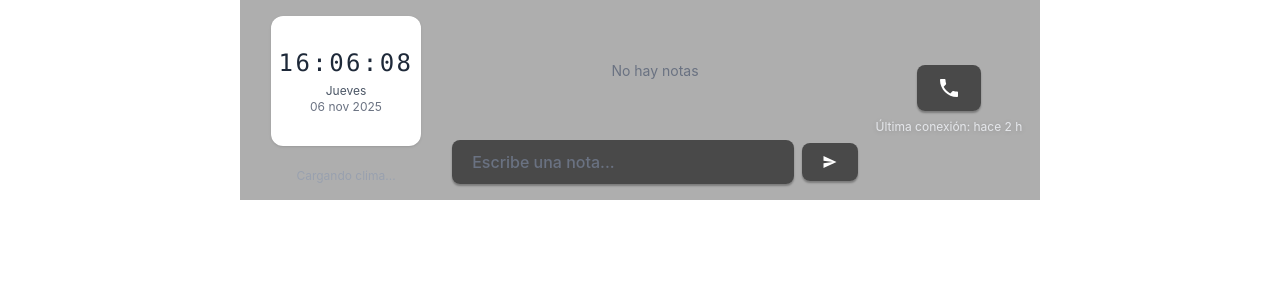
Repository: CodeByEvans/my-romantic-widget
Page: /
An editor plug-in stored every save of this project. The page is shown before and after the next save, followed by the edit.
The browser window is 1280 px wide. The pictures show the whole page.
The page's requests for data from a server got no answer. The project was rebuilt for these pictures with package versions that can differ from the ones it lists, and the page was loaded fresh each time. No one was signed in, and anything a server would have sent is missing. Also part of the build but not shown: vite.config.ts.

Above is the page before, as saved 2025-11-06 16:15:07.

### src/App.tsx
import "./App.css";
import { Clock } from "./components/Clock";
import { WeatherWidget } from "./components/WeatherWidget";
import { NotesList } from "./components/NotesList";
import { NoteInput } from "./components/NoteInput";
import { CallButton } from "./components/CallButton";

function App() {
  return (
    <main data-tauri-drag-region>
      {/* Clima + Reloj */}
      <section className="flex flex-col justify-between items-center h-full w-[180px] gap-2">
        <Clock />
        <WeatherWidget />
      </section>

      {/* Notas + input */}
      <section className="flex flex-col justify-between h-full flex-1">
        <NotesList />
        <NoteInput />
      </section>

      {/* Llamada */}
      <section className="flex flex-col justify-center items-center h-full w-[150px]">
        <CallButton />
        <p className="text-xs text-gray-200 mt-2 drop-shadow-sm">
          Última conexión: hace 2 h
        </p>
      </section>
    </main>
  );
}

export default App;

### src/App.css
@import "tailwindcss";

/* ======== CONFIGURACIÓN BASE ======== */
:root {
  font-family: Inter, Avenir, Helvetica, Arial, sans-serif;
  font-size: 16px;
  line-height: 24px;
  font-weight: 400;
  color: #f6f6f6;
  font-synthesis: none;
  text-rendering: optimizeLegibility;
  -webkit-font-smoothing: antialiased;
  -moz-osx-font-smoothing: grayscale;
  -webkit-text-size-adjust: 100%;
}

/* ======== ESTILO GLOBAL DE LA APP ======== */
main {
  position: relative;
  width: 800px;
  height: 200px;
  margin: 0 auto;
  display: flex;
  align-items: center;
  justify-content: space-between;
  gap: 1rem;
  padding: 1rem;

  /* Fondo cristal oscuro */
  background: rgba(54, 54, 54, 0.4);
  backdrop-filter: blur(18px) saturate(160%);
  -webkit-app-region: drag; /* Permitir mover la ventana */
}

/* ======== ELEMENTOS ======== */
input,
button {
  border-radius: 8px;
  border: 1px solid transparent;
  padding: 0.6em 1.2em;
  font-size: 1em;
  font-weight: 500;
  font-family: inherit;
  color: #fff;
  background-color: rgba(30, 30, 30, 0.7);
  transition: border-color 0.25s, background-color 0.25s;
  box-shadow: 0 2px 2px rgba(0, 0, 0, 0.3);
  -webkit-app-region: no-drag;
}

button:hover {
  border-color: #396cd8;
}

button:active {
  background-color: rgba(40, 40, 40, 0.7);
}

/* Enlaces */
a {
  font-weight: 500;
  color: #61dafb;
  text-decoration: inherit;
}

a:hover {
  color: #24c8db;
}

/* Otros elementos */
h1 {
  text-align: center;
}

### src/components/Clock.tsx
import { useEffect, useState } from "react";

export const Clock = () => {
  const [time, setTime] = useState(new Date());

  useEffect(() => {
    const interval = setInterval(() => {
      setTime(new Date());
    }, 1000);
    return () => clearInterval(interval);
  }, []);

  const hours = time.getHours().toString().padStart(2, "0");
  const minutes = time.getMinutes().toString().padStart(2, "0");
  const seconds = time.getSeconds().toString().padStart(2, "0");

  const day = time.toLocaleDateString("es-ES", { weekday: "long" });
  const date = time.toLocaleDateString("es-ES", {
    day: "2-digit",
    month: "short",
    year: "numeric",
  });

  return (
    <div className="bg-white rounded-xl shadow-sm px-3 py-2 flex flex-col items-center justify-center w-[150px] h-[130px] backdrop-blur-sm">
      <p className="text-2xl font-mono tracking-widest text-gray-800">
        {hours}:{minutes}:{seconds}
      </p>
      <p className="text-xs text-gray-600 mt-1 capitalize">{day}</p>
      <p className="text-xs text-gray-500">{date}</p>
    </div>
  );
};

### src/components/WeatherWidget.tsx
import { JSX } from "react";
import { useWeather } from "../hooks/useWeather";
import {
  WiDaySunny,
  WiCloud,
  WiRain,
  WiSnow,
  WiThunderstorm,
  WiFog,
  WiDayHaze,
} from "react-icons/wi";

const weatherStyles: Record<string, { gradient: string; icon: JSX.Element }> = {
  Thunderstorm: {
    gradient: "from-indigo-800 via-purple-700 to-indigo-900 text-white",
    icon: <WiThunderstorm size={28} />,
  },
  Drizzle: {
    gradient: "from-sky-400 via-sky-500 to-blue-600 text-white",
    icon: <WiRain size={28} />,
  },
  Rain: {
    gradient: "from-blue-500 via-indigo-500 to-blue-700 text-white",
    icon: <WiRain size={28} />,
  },
  Snow: {
    gradient: "from-cyan-100 via-blue-100 to-blue-300 text-gray-700",
    icon: <WiSnow size={28} />,
  },
  Mist: {
    gradient: "from-gray-200 via-gray-300 to-gray-400 text-gray-800",
    icon: <WiFog size={28} />,
  },
  Haze: {
    gradient: "from-amber-200 via-amber-300 to-amber-400 text-gray-800",
    icon: <WiDayHaze size={28} />,
  },
  Clear: {
    gradient: "from-yellow-200 via-orange-300 to-pink-400 text-gray-900",
    icon: <WiDaySunny size={28} />,
  },
  Clouds: {
    gradient: "from-gray-300 via-gray-400 to-gray-600 text-gray-900",
    icon: <WiCloud size={28} />,
  },
  Fog: {
    gradient: "from-gray-300 via-gray-400 to-gray-500 text-gray-900",
    icon: <WiFog size={28} />,
  },
};

export const WeatherWidget = () => {
  const { data, loading, errorWeather } = useWeather();

  if (errorWeather)
    return <div className="text-xs text-red-400">{errorWeather}</div>;
  if (loading || !data)
    return <div className="text-xs text-gray-400">Cargando clima...</div>;

  const [city, info] = Object.entries(data)[0] || [];
  const temp = Math.round(info.main.temp);
  const condition = info.weather[0].main;

  const style = weatherStyles[condition] || weatherStyles["Clouds"];

  return (
    <div
      className={`relative flex flex-col items-center justify-center rounded-2xl
                  bg-gradient-to-br ${style.gradient} w-[150px] h-[100px]
                  backdrop-blur-md bg-opacity-70 shadow-[0_2px_10px_rgba(0,0,0,0.3)]
                  border border-white/20 overflow-hidden transition-all duration-500`}
    >
      {/* sutil capa de brillo animado */}
      <div className="absolute inset-0 bg-white/10 opacity-0 hover:opacity-20 transition-opacity duration-500" />

      {/* borde de reflejo superior */}
      <div className="absolute top-0 left-0 right-0 h-[1px] bg-white/40" />

      {/* contenido */}
      <div className="flex items-center gap-2">
        <div className="animate-pulse-slow">{style.icon}</div>
        <div className="flex flex-col items-start leading-tight">
          <h2 className="text-xs font-semibold tracking-wide drop-shadow-sm">
            {city}
          </h2>
          <p className="text-lg font-bold drop-shadow-sm">{temp}°C</p>
        </div>
      </div>
    </div>
  );
};

### src/components/NotesList.tsx
import { useRealTimeNotes } from "../hooks/useRealTimeNotes";

export const NotesList = () => {
  const notes = useRealTimeNotes();

  const sortedNotes = [...notes].sort(
    (a, b) =>
      new Date(b.created_at).getTime() - new Date(a.created_at).getTime()
  );

  const noteToShow = sortedNotes[0];
  if (!noteToShow)
    return (
      <div className="flex items-center justify-center h-[110px] text-gray-500 text-sm">
        No hay notas
      </div>
    );

  return (
    <div className="bg-white rounded-xl backdrop-blur-sm shadow-inner p-3 h-[110px] overflow-hidden">
      <div className="flex justify-between items-center mb-1">
        <h3 className="font-semibold text-sm text-gray-700">
          {noteToShow.from}
        </h3>
        <small className="text-xs text-gray-400">
          {new Date(noteToShow.created_at).toLocaleString()}
        </small>
      </div>
      <p className="text-gray-700 text-sm italic line-clamp-3">
        {noteToShow.message}
      </p>
    </div>
  );
};

### src/components/NoteInput.tsx
import { IoMdSend } from "react-icons/io";

export const NoteInput = () => {
  return (
    <form className="flex items-center gap-2 mt-2">
      <input
        type="text"
        placeholder="Escribe una nota..."
        className="flex-1 text-sm px-3 py-2 rounded-lg bg-white text-gray-800 placeholder-gray-500 focus:outline-none focus:ring-2 focus:ring-blue-300 transition-all"
      />
      <button
        type="submit"
        className="p-2 bg-blue-500 rounded-full text-white hover:bg-blue-600 transition-colors"
      >
        <IoMdSend size={16} />
      </button>
    </form>
  );
};

### src/components/CallButton.tsx
import { IoMdCall } from "react-icons/io";

export const CallButton = () => {
  return (
    <div className="flex flex-col items-center justify-center">
      <button className="p-4 bg-green-500 text-white rounded-full shadow-md hover:bg-green-600 hover:scale-105 transition-transform">
        <IoMdCall size={24} />
      </button>
    </div>
  );
};

### src/hooks/useWeather.ts
import { useEffect, useState } from "react";
import {
  getCityByCoordinates,
  getWeatherByCity,
} from "../services/weatherService";
import { WeatherData } from "../types/weather";
import { useGeolocation } from "./useGeolocation";

export const useWeather = () => {
  const { coords, error } = useGeolocation();
  const [data, setData] = useState<Record<string, WeatherData> | null>(null);
  const [loading, setLoading] = useState<boolean>(false);
  const [errorWeather, setErrorWeather] = useState<string | null>(null);

  useEffect(() => {
    if (error) setErrorWeather(error);
  }, [error]);

  useEffect(() => {
    if (!coords) return;

    const fetchWeather = async () => {
      setLoading(true);
      try {
        const city = await getCityByCoordinates(
          coords.latitude,
          coords.longitude
        );
        const weather = await getWeatherByCity(city[0].name);
        setData({ [city[0].name]: weather });
      } catch (error) {
        console.error(error);
      } finally {
        setLoading(false);
      }
    };

    fetchWeather();
  }, [coords]);

  return { data, loading, errorWeather };
};

### src/hooks/useRealTimeNotes.ts
import { useEffect, useState } from "react";
import z from "zod";
import { supabase } from "../services/supabaseClient";

const noteSchema = z.object({
  id: z.number(),
  from: z.string(),
  message: z.string(),
  created_at: z.string(),
});

type Note = z.infer<typeof noteSchema>;

export const useRealTimeNotes = () => {
  const [notes, setNotes] = useState<Note[]>([]);

  useEffect(() => {
    // Cargar notas iniciales
    supabase
      .from<"notes", Note>("notes")
      .select("*")
      .then(({ data, error }) => {
        if (data) {
          setNotes(data);
          console.log("Notas cargadas:", data);
        } else {
          console.error("Error fetching notes:", error);
        }
      });

    // Suscripción en tiempo real
    const channel = supabase
      .channel("public:notes")
      .on(
        "postgres_changes",
        { event: "*", schema: "public", table: "notes" },
        (payload) => {
          console.log("Cambio dettectado:", payload);

          if (payload.eventType === "INSERT") {
            const newNote = noteSchema.parse(payload.new);
            setNotes((prevNotes) => [...prevNotes, newNote]);
            console.log("Nota añadida:", newNote);
          } else if (payload.eventType === "UPDATE") {
            setNotes((prev) =>
              prev.map((note) =>
                note.id === payload.new.id
                  ? noteSchema.parse(payload.new)
                  : note
              )
            );
          } else if (payload.eventType === "DELETE") {
            setNotes((prev) =>
              prev.filter((note) => note.id !== payload.old.id)
            );
          }
        }
      )
      .subscribe();

    return () => {
      supabase.removeChannel(channel);
    };
  }, []);

  return notes;
};

### src/services/weatherService.ts
import { envs } from "../config/envs";

export const getWeatherByCity = async (city: string) => {
  const response = await fetch(
    `https://api.openweathermap.org/data/2.5/weather?q=${city}&appid=${envs.openWeatherApiKey}&units=metric`
  );

  if (!response.ok) {
    throw new Error("No se pudo obtener el clima");
  }
  return response.json();
};

export const getCityByCoordinates = async (lat: number, lon: number) => {
  const response = await fetch(
    `https://api.openweathermap.org/geo/1.0/reverse?lat=${lat}&lon=${lon}&limit=1&appid=${envs.openWeatherApiKey}`
  );

  if (!response.ok) {
    throw new Error("No se pudo obtener la ciudad");
  }

  return response.json();
};

### src/hooks/useGeolocation.ts
import { useEffect, useState } from "react";

export const useGeolocation = () => {
  const [coords, setCoords] = useState<{
    latitude: number;
    longitude: number;
  } | null>(null);
  const [error, setError] = useState<string | null>(null);

  useEffect(() => {
    if (!navigator.geolocation) {
      setError("Geolocalización no soportada por el navegador");
      return;
    }

    navigator.geolocation.getCurrentPosition(
      (position) => {
        setCoords({
          latitude: position.coords.latitude,
          longitude: position.coords.longitude,
        });
      },
      (err) => {
        setError(`Error obteniendo la geolocalización: ${err.message}`);
      }
    );
  }, []);

  return { coords, error };
};

### src/services/supabaseClient.ts
import { createClient } from "@supabase/supabase-js";
import { envs } from "../config/envs";

export const supabase = createClient(envs.supabaseUrl, envs.supabaseAnonKey, {
  realtime: {
    params: {
      eventsPerSecond: 10,
    },
  },
});

### src/config/envs.ts
import * as z from "zod";

const envSchema = z.object({
  VITE_SUPABASE_URL: z.string().url(),
  VITE_SUPABASE_ANON_KEY: z.string().min(1),
  VITE_OPEN_WEATHER_API_KEY: z.string().min(1),
});

const parsed = envSchema.parse(import.meta.env);

export const envs = {
  supabaseUrl: parsed.VITE_SUPABASE_URL,
  supabaseAnonKey: parsed.VITE_SUPABASE_ANON_KEY,
  openWeatherApiKey: parsed.VITE_OPEN_WEATHER_API_KEY,
};

Loaded but not shown: index.html (common file); src/main.tsx (common file)

After the next save:
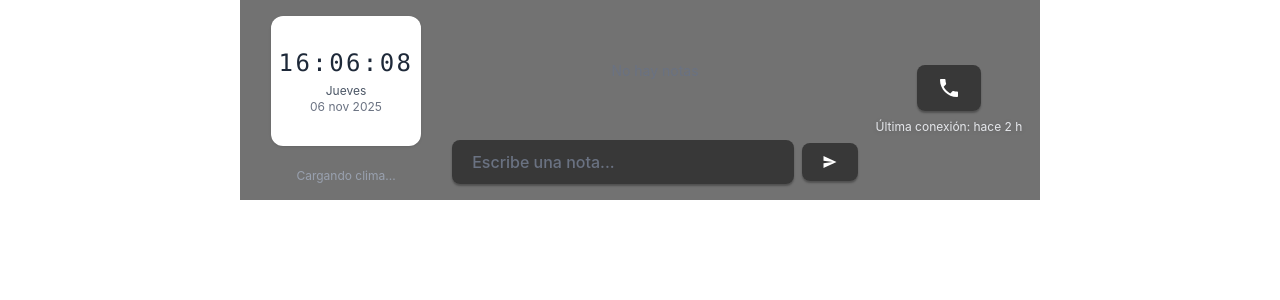
Saved 11 s later.
--- a/src/App.css
+++ b/src/App.css
@@ -27,7 +27,7 @@ main {
   padding: 1rem;
 
   /* Fondo cristal oscuro */
-  background: rgba(54, 54, 54, 0.4);
+  background: rgba(20, 20, 20, 0.6);
   backdrop-filter: blur(18px) saturate(160%);
   -webkit-app-region: drag; /* Permitir mover la ventana */
 }
